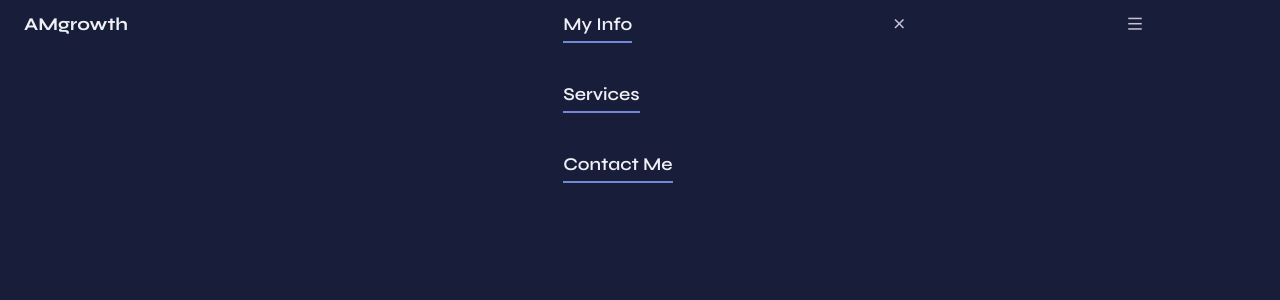
Repository: Ademaulana100499/portofolio
Page: index.html
An editor plug-in stored every save of this project. The page is shown before and after the next save, followed by the edit.
The browser window is 1280 px wide. The pictures show the whole page.
Some web fonts or font styles are not loaded; a fallback is used.

Above is the page before, as saved 2024-11-28 15:14:37.

After the next save:
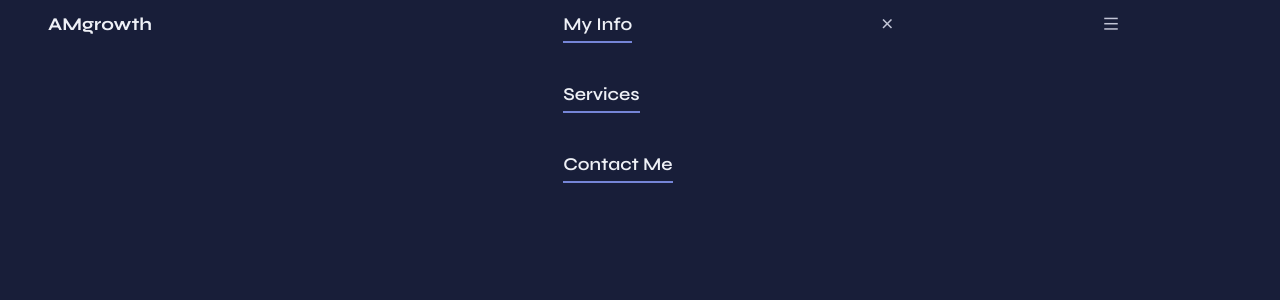
Saved 4 min 34 s later.
--- a/assets/css/style.css
+++ b/assets/css/style.css
@@ -141,6 +141,7 @@ main {
   display: flex;
   justify-content: space-between;
   align-items: center;
+  padding: 0 1.5rem;
 }
 
 .nav__logo {
